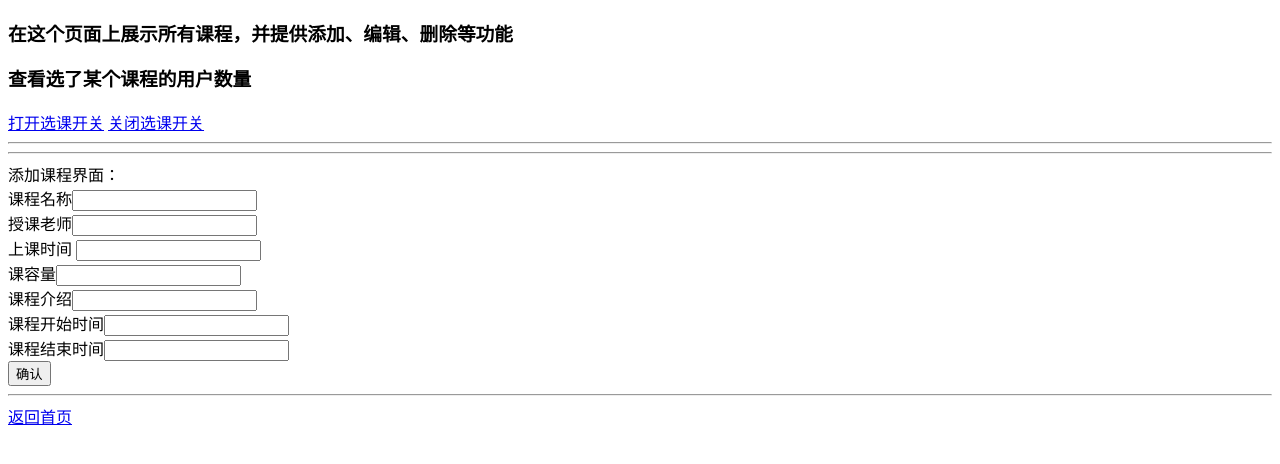
Repository: hbisheng/Academic-portal-website
Page: http://localhost/NewInfo/admin/course_manage.jsp
An editor plug-in stored every save of this project. The page is shown before and after the next save, followed by the edit.
The browser window is 1280 px wide. The pictures show the whole page.
The page is served by Tomcat 9. Other server files are loaded and not shown. Queries for data that is not in the repository find no rows.

Above is the page before, as saved 2014-09-21 11:35:19.

### Java_info/NewInfo/WebContent/admin/course_manage.jsp
<%@page import="edu.thu.cs.*"%>
<%@page import="jdbc.*"%>
<%@page import="java.util.*"%>

<%@ page language="java" contentType="text/html; charset=UTF-8"
    pageEncoding="UTF-8"%>
<!DOCTYPE html PUBLIC "-//W3C//DTD HTML 4.01 Transitional//EN" "http://www.w3.org/TR/html4/loose.dtd">
<html>
<head>
<meta http-equiv="Content-Type" content="text/html; charset=UTF-8">
<title>Insert title here</title>
</head>
<body>

<h3>在这个页面上展示所有课程，并提供添加、编辑、删除等功能</h3>
<h3>查看选了某个课程的用户数量</h3>


<a href ="course_manage.jsp?action=yes_choose">打开选课开关</a>
<a href ="course_manage.jsp?action=no_choose">关闭选课开关</a>

<%
	String this_url = "course_manage.jsp";
	JdbcDao jdbc = new JdbcDao();

	String action = request.getParameter("action");
	System.out.println(action);
	if(action != null)//删除某个课程
	{
		System.out.println("In action");
		if(action.equals("delete"))
		{
			int course_id = Integer.parseInt(request.getParameter("id"));
			try{
				jdbc.delCourse(course_id);
				System.out.println("Delete course: ID= "+course_id);
				response.sendRedirect(this_url);
			}
			catch(Exception e)
			{
				System.out.println(e);
			}
		}
		else if(action.equals("yes_choose"))
		{
			Status s = jdbc.getStatus();
			s.choose = 1;
			jdbc.updateStatus(s);
			response.sendRedirect(this_url);
		}
		else if(action.equals("no_choose"))
		{
			Status s = jdbc.getStatus();
			s.choose = 0;
			jdbc.updateStatus(s);
			response.sendRedirect(this_url);
		}
	}
%>

<hr>
<%
	List<Integer> c= jdbc.getCourseIndex(0);
	int cnt = 0;
	if(c!=null){
		for(Integer i : c)
		{
			++cnt;
			Course course = jdbc.getCourse(i);
			String info_url = "../courses/course.jsp?id="+course.id+"&type=1";
			String delete_url = this_url+"?id="+course.id+"&action=delete";
			String edit_url = "course_edit.jsp?id="+course.id;
			String user_url = "course_user.jsp?id="+course.id;
			%><li><p><%=cnt%>. <a href= <%=info_url%>><%=course.name%></a>
			&nbsp&nbsp<a href= <%=edit_url%>>编辑修改课程</a>
			&nbsp&nbsp<a href= <%=delete_url%>>删除</a>
			&nbsp&nbsp<a href= <%=user_url%>>查看选课学生</a> </p></li><%
		}
}
%>

<hr><form name="发布新课程"action=<%=this_url%> method="post">添加课程界面：
	<br/>课程名称<input type="text" name="name" />
	<br/>授课老师<input type="text" name="teacher" />
	<br/>上课时间 <input type="text" name="classtime" />
	<br/>课容量<input type="text" name="capacity" />
	<br/>课程介绍<input type="text" name="content" />
	<br/>课程开始时间<input type="text" name="start_time" />
	<br/>课程结束时间<input type="text" name="end_time" />
	<br/><input type="submit" name="add_confirm" value="确认" />
</form>
<%
	if(request.getParameter("add_confirm")!=null)//发布新课程
	{
		System.out.println("in add_confirm");
		try {

			Course tmp = new Course();
			tmp.name = request.getParameter("name");
			tmp.teacher = request.getParameter("teacher");

			tmp.classtime = request.getParameter("classtime");

			if(request.getParameter("capacity")!=null && !request.getParameter("capacity").equals(""))
				tmp.capacity = Integer.parseInt(request.getParameter("capacity"));

			tmp.valid = 1;

			tmp.content = request.getParameter("content");
			tmp.start_time = request.getParameter("start_time");
			tmp.end_time = request.getParameter("end_time");


			int validation = tmp.isValid();
			if(validation == 0)
			{
				%>课程信息没有补全<%
			}
			else if(validation == -1)
			{
				%>上课时间信息不合法<%
			}
			else if(validation == 1)
			{
				int course_id = jdbc.addCourse(tmp);
				System.out.println("加入课程ID！"+course_id);
				response.sendRedirect("../courses/course.jsp?id="+course_id);
			}
		} catch (Exception e) {
			System.out.println(e);
		}
	}
%>


<hr><a href="../home.jsp">返回首页</a>
</body>
</html>

Loaded but not shown: Java_info/NewInfo/src/jdbc/JdbcDao.java (883 lines, source omitted)

After the next save:
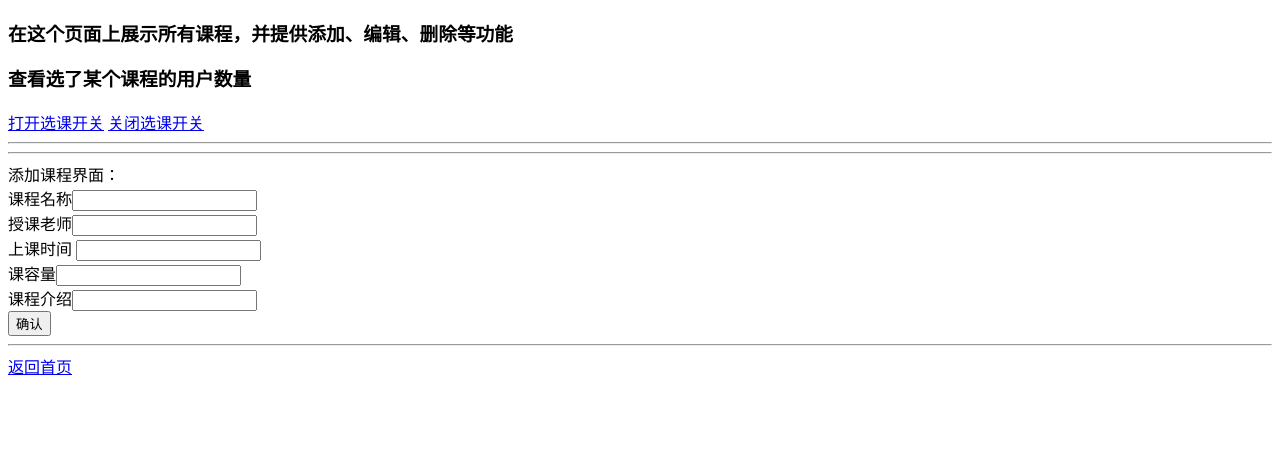
Saved 4 s later.
--- a/Java_info/NewInfo/WebContent/admin/course_manage.jsp
+++ b/Java_info/NewInfo/WebContent/admin/course_manage.jsp
@@ -85,8 +85,6 @@
 	<br/>上课时间 <input type="text" name="classtime" />
 	<br/>课容量<input type="text" name="capacity" />
 	<br/>课程介绍<input type="text" name="content" />
-	<br/>课程开始时间<input type="text" name="start_time" />
-	<br/>课程结束时间<input type="text" name="end_time" />
 	<br/><input type="submit" name="add_confirm" value="确认" />
 </form>
 <%
